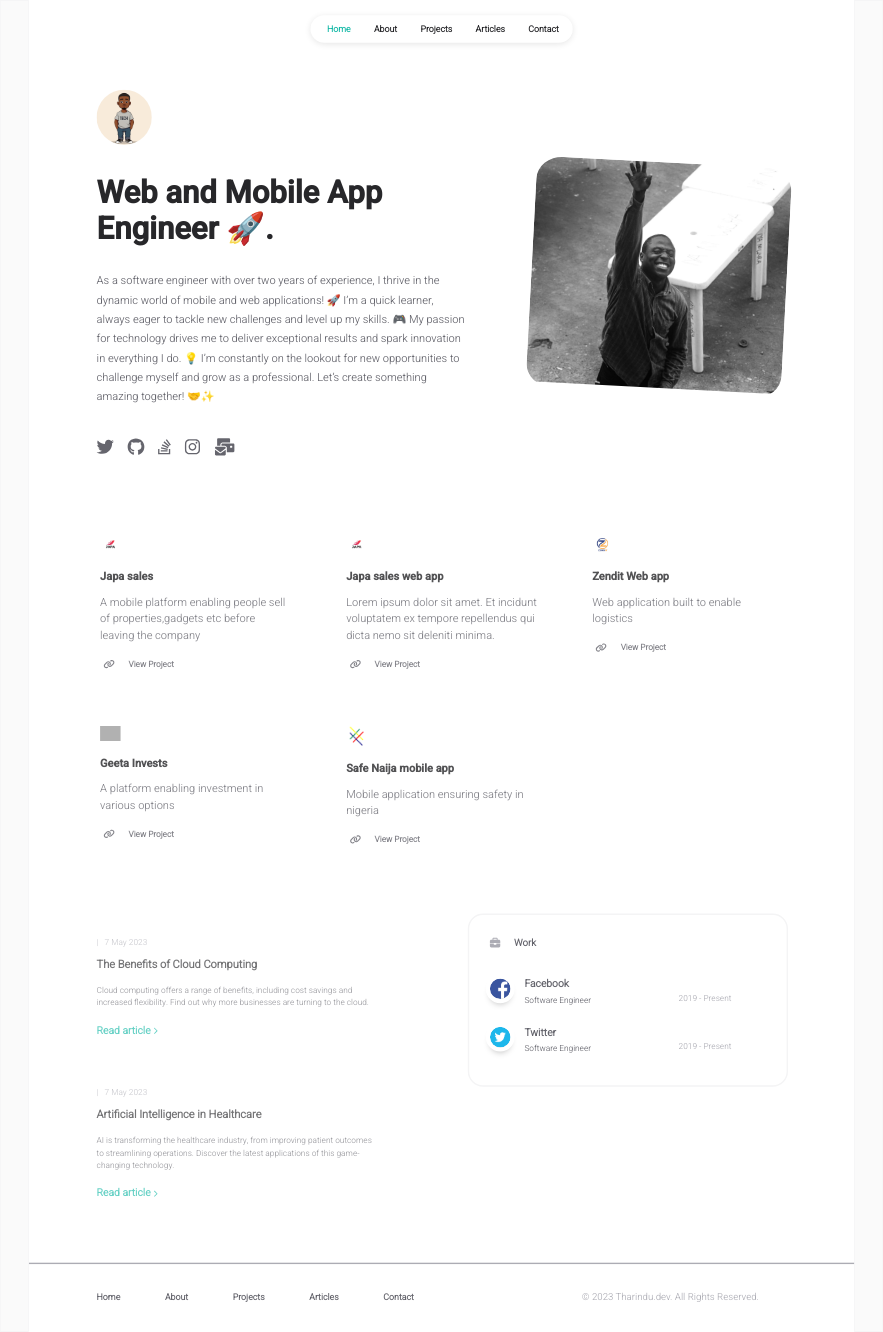
Repository: preyeopudu/preye-site
Page: /
The author's editor kept a copy of each file at every save. The page is drawn from the files as they stood at one save, then again after the next save.
The browser window is 1280 px wide. The pictures show the whole page, at 69% of full size.
Pictures or frames that could not be fetched are drawn as grey boxes. The project was rebuilt for these pictures with package versions that can differ from the ones it lists, and the page was loaded fresh each time. Also part of the build but not shown: src/components/about/socials.jsx, src/pages/styles/about.css, src/pages/about.jsx, src/pages/styles/projects.css, src/pages/projects.jsx, src/components/articles/article.jsx, src/pages/styles/articles.css, src/pages/articles.jsx and 5 more.

Above is the page before, as saved 2024-12-18 20:02:57.

### src/pages/homepage.jsx
import React, { useState, useEffect } from "react";
import { Helmet } from "react-helmet";

import { faMailBulk } from "@fortawesome/free-solid-svg-icons";
import { FontAwesomeIcon } from "@fortawesome/react-fontawesome";
import {
	faTwitter,
	faGithub,
	faStackOverflow,
	faInstagram,
} from "@fortawesome/free-brands-svg-icons";

import Logo from "../components/common/logo";
import Footer from "../components/common/footer";
import NavBar from "../components/common/navBar";
import Article from "../components/homepage/article";
import Works from "../components/homepage/works";
import AllProjects from "../components/projects/allProjects";

import INFO from "../data/user";
import SEO from "../data/seo";
import myArticles from "../data/articles";

import "./styles/homepage.css";

const Homepage = () => {
	const [stayLogo, setStayLogo] = useState(false);
	const [logoSize, setLogoSize] = useState(80);
	const [oldLogoSize, setOldLogoSize] = useState(80);

	useEffect(() => {
		window.scrollTo(0, 0);
	}, []);

	useEffect(() => {
		const handleScroll = () => {
			let scroll = Math.round(window.pageYOffset, 2);

			let newLogoSize = 80 - (scroll * 4) / 10;

			if (newLogoSize < oldLogoSize) {
				if (newLogoSize > 40) {
					setLogoSize(newLogoSize);
					setOldLogoSize(newLogoSize);
					setStayLogo(false);
				} else {
					setStayLogo(true);
				}
			} else {
				setLogoSize(newLogoSize);
				setStayLogo(false);
			}
		};

		window.addEventListener("scroll", handleScroll);
		return () => window.removeEventListener("scroll", handleScroll);
	}, [logoSize, oldLogoSize]);

	const currentSEO = SEO.find((item) => item.page === "home");

	const logoStyle = {
		display: "flex",
		position: stayLogo ? "fixed" : "relative",
		top: stayLogo ? "3vh" : "auto",
		zIndex: 999,
		border: stayLogo ? "1px solid white" : "none",
		borderRadius: stayLogo ? "50%" : "none",
		boxShadow: stayLogo ? "0px 4px 10px rgba(0, 0, 0, 0.25)" : "none",
	};

	return (
		<React.Fragment>
			<Helmet>
				<title>{INFO.main.title}</title>
				<meta name="description" content={currentSEO.description} />
				<meta
					name="keywords"
					content={currentSEO.keywords.join(", ")}
				/>
			</Helmet>

			<div className="page-content">
				<NavBar active="home" />
				<div className="content-wrapper">
					<div className="homepage-logo-container">
						<div style={logoStyle}>
							<Logo width={logoSize} link={false} />
						</div>
					</div>

					<div className="homepage-container">
						<div className="homepage-first-area">
							<div className="homepage-first-area-left-side">
								<div className="title homepage-title">
									{INFO.homepage.title}
								</div>

								<div className="subtitle homepage-subtitle">
									{INFO.homepage.description}
								</div>
							</div>

							<div className="homepage-first-area-right-side">
								<div className="homepage-image-container">
									<div className="homepage-image-wrapper">
										<img
											src="preye.jpeg"
											alt="about"
											className="homepage-image"
										/>
									</div>
								</div>
							</div>
						</div>

						<div className="homepage-socials">
							<a
								href={INFO.socials.twitter}
								target="_blank"
								rel="noreferrer"
							>
								<FontAwesomeIcon
									icon={faTwitter}
									className="homepage-social-icon"
								/>
							</a>
							<a
								href={INFO.socials.github}
								target="_blank"
								rel="noreferrer"
							>
								<FontAwesomeIcon
									icon={faGithub}
									className="homepage-social-icon"
								/>
							</a>
							<a
								href={INFO.socials.stackoverflow}
								target="_blank"
								rel="noreferrer"
							>
								<FontAwesomeIcon
									icon={faStackOverflow}
									className="homepage-social-icon"
								/>
							</a>
							<a
								href={INFO.socials.instagram}
								target="_blank"
								rel="noreferrer"
							>
								<FontAwesomeIcon
									icon={faInstagram}
									className="homepage-social-icon"
								/>
							</a>
							<a
								href={`mailto:${INFO.main.email}`}
								target="_blank"
								rel="noreferrer"
							>
								<FontAwesomeIcon
									icon={faMailBulk}
									className="homepage-social-icon"
								/>
							</a>
						</div>

						<div className="homepage-projects">
							<AllProjects />
						</div>

						<div className="homepage-after-title">
							<div className="homepage-articles">
								{myArticles.map((article, index) => (
									<div
										className="homepage-article"
										key={(index + 1).toString()}
									>
										<Article
											key={(index + 1).toString()}
											date={article().date}
											title={article().title}
											description={article().description}
											link={"/article/" + (index + 1)}
										/>
									</div>
								))}
							</div>

							<div className="homepage-works">
								<Works />
							</div>
						</div>

						<div className="page-footer">
							<Footer />
						</div>
					</div>
				</div>
			</div>
		</React.Fragment>
	);
};

export default Homepage;

### src/components/common/footer.jsx
import React from "react";
import { Link } from "react-router-dom";

import "./styles/footer.css";

const Footer = () => {
	return (
		<React.Fragment>
			<div className="footer">
				<div className="footer-links">
					<ul className="footer-nav-link-list">
						<li className="footer-nav-link-item">
							<Link to="/">Home</Link>
						</li>
						<li className="footer-nav-link-item">
							<Link to="/about">About</Link>
						</li>
						<li className="footer-nav-link-item">
							<Link to="/projects">Projects</Link>
						</li>
						<li className="footer-nav-link-item">
							<Link to="/articles">Articles</Link>
						</li>
						<li className="footer-nav-link-item">
							<Link to="/contact">Contact</Link>
						</li>
					</ul>
				</div>

				<div className="footer-credits">
					<div className="footer-credits-text">
						© 2023 Tharindu.dev. All Rights Reserved.
					</div>
				</div>
			</div>
		</React.Fragment>
	);
};

export default Footer;

### src/components/common/navBar.jsx
import React from "react";
import { Link } from "react-router-dom";

import "./styles/navBar.css";

const NavBar = (props) => {
	const { active } = props;

	return (
		<React.Fragment>
			<div className="nav-container">
				<nav className="navbar">
					<div className="nav-background">
						<ul className="nav-list">
							<li
								className={
									active === "home"
										? "nav-item active"
										: "nav-item"
								}
							>
								<Link to="/">Home</Link>
							</li>
							<li
								className={
									active === "about"
										? "nav-item active"
										: "nav-item"
								}
							>
								<Link to="/about">About</Link>
							</li>
							<li
								className={
									active === "projects"
										? "nav-item active"
										: "nav-item"
								}
							>
								<Link to="/projects">Projects</Link>
							</li>
							<li
								className={
									active === "articles"
										? "nav-item active"
										: "nav-item"
								}
							>
								<Link to="/articles">Articles</Link>
							</li>
							<li
								className={
									active === "contact"
										? "nav-item active"
										: "nav-item"
								}
							>
								<Link to="/contact">Contact</Link>
							</li>
						</ul>
					</div>
				</nav>
			</div>
		</React.Fragment>
	);
};

export default NavBar;

### src/components/homepage/article.jsx
import React from "react";
import { Link } from "react-router-dom";

import { FontAwesomeIcon } from "@fortawesome/react-fontawesome";
import { faChevronRight } from "@fortawesome/free-solid-svg-icons";

import "./styles/article.css";

const Article = (props) => {
	const { title, description, date, link } = props;

	return (
		<React.Fragment>
			<div className="homepage-article">
				<div className="homepage-article-content">
					<div className="homepage-article-date">
						|&nbsp;&nbsp;&nbsp;{date}
					</div>
					<div className="homepage-article-title">{title}</div>
					<div className="homepage-article-description">
						{description}
					</div>
					<div className="homepage-article-link">
						<Link to={link}>
							Read article{" "}
							<FontAwesomeIcon
								style={{ fontSize: "10px" }}
								icon={faChevronRight}
							/>
						</Link>
					</div>
				</div>
			</div>
		</React.Fragment>
	);
};

export default Article;

### src/components/homepage/works.jsx
import React from "react";
import { faBriefcase } from "@fortawesome/free-solid-svg-icons";

import Card from "../common/card";

import "./styles/works.css";

const Works = () => {
	return (
		<div className="works">
			<Card
				icon={faBriefcase}
				title="Work"
				body={
					<div className="works-body">
						<div className="work">
							<img
								src="./facebook.png"
								alt="facebook"
								className="work-image"
							/>
							<div className="work-title">Facebook</div>
							<div className="work-subtitle">
								Software Engineer
							</div>
							<div className="work-duration">2019 - Present</div>
						</div>

						<div className="work">
							<img
								src="./twitter.png"
								alt="twitter"
								className="work-image"
							/>
							<div className="work-title">Twitter</div>
							<div className="work-subtitle">
								Software Engineer
							</div>
							<div className="work-duration">2019 - Present</div>
						</div>
					</div>
				}
			/>
		</div>
	);
};

export default Works;

### src/data/seo.js
const SEO = [
	{
		page: "home",
		description:
			"I am a backend developer with expertise in Node.js. I have experience in building scalable, secure and reliable web applications using various frameworks and technologies.",
		keywords: ["Tharindu", "Tharindu N", "Tharindu Nayanajith"],
	},

	{
		page: "about",
		description:
			"I am a backend developer with expertise in Node.js. I have experience in building scalable, secure and reliable web applications using various frameworks and technologies.",
		keywords: ["Tharindu", "Tharindu N", "Tharindu Nayanajith"],
	},

	{
		page: "articles",
		description:
			"Chronological collection of my long-form thoughts on programming, leadership, product design, and more.",
		keywords: ["Tharindu", "Tharindu N", "Tharindu Nayanajith"],
	},

	{
		page: "projects",
		description:
			"I've worked on a variety of projects over the years and I'm proud of the progress I've made. Many of these projects are open-source and available for others to explore and contribute to.",
		keywords: ["Tharindu", "Tharindu N", "Tharindu Nayanajith"],
	},

	{
		page: "contact",
		description:
			"If you're interested in collaborating on a project, feel free to reach out to me. I'm always open to new ideas and opportunities.",
		keywords: ["Tharindu", "Tharindu N", "Tharindu Nayanajith"],
	},
];

export default SEO;

### src/data/articles.js
import React from "react";

function article_1() {
	return {
		date: "7 May 2023",
		title: "The Benefits of Cloud Computing",
		description:
			"Cloud computing offers a range of benefits, including cost savings and increased flexibility. Find out why more businesses are turning to the cloud.",
		keywords: [
			"The Benefits of Cloud Computing",
			"Tharindu",
			"Tharindu N",
			"Tharindu Nayanajith",
		],
		style: `
				.article-content {
					display: flex;
					flex-direction: column;
					align-items: center;
				}

				.randImage {
					align-self: center;
					outline: 2px solid red;
				}
				`,
		body: (
			<React.Fragment>
				<div className="article-content">
					<div className="paragraph">Content of article 1</div>
					<img
						src="https://picsum.photos/200/300"
						alt="random"
						className="randImage"
					/>
				</div>
			</React.Fragment>
		),
	};
}

function article_2() {
	return {
		date: "7 May 2023",
		title: "Artificial Intelligence in Healthcare",
		description:
			"AI is transforming the healthcare industry, from improving patient outcomes to streamlining operations. Discover the latest applications of this game-changing technology.",
		style: ``,
		keywords: [
			"Artificial Intelligence in Healthcare",
			"Tharindu",
			"Tharindu N",
			"Tharindu Nayanajith",
		],
		body: (
			<React.Fragment>
				<h1>Content of article 2</h1>
			</React.Fragment>
		),
	};
}

const myArticles = [article_1, article_2];

export default myArticles;

### src/pages/styles/homepage.css
@import "../../data/styles.css";

.homepage-logo-container {
	display: flex;
	justify-content: left;
	align-items: center;
	padding-top: 130px;
}

.homepage-container {
	padding-top: 25px;
}

.homepage-first-area {
	display: flex;
	justify-content: space-between;
	align-items: center;
}

.homepage-first-area-left-side {
	display: flex;
	flex-direction: column;
	align-items: flex-start;
}

.homepage-title {
	width: 85% !important;
}

.homepage-subtitle {
	width: 85% !important;
}

.homepage-first-area-right-side {
	display: flex;
	align-items: center;
}

.homepage-image-container {
	width: 370px;
	height: 370px;
}

.homepage-image-wrapper {
	overflow: hidden;
	border-radius: 10%;
	transform: rotate(3deg);
}

.homepage-image-wrapper img {
	width: 100%;
}

.homepage-socials {
	display: flex;
	justify-content: left;
	align-items: center;
	padding-top: 30px;
}

.homepage-social-icon {
	padding-right: 20px;
	font-size: 25px;
	transition: color 0.2s ease-in-out;
	color: var(--secondary-color);
}

.homepage-social-icon:hover {
	color: var(--primary-color);
}

.homepage-after-title {
	display: flex;
}

.homepage-projects {
	flex-basis: 300px;
	padding-top: 40px;
}

.homepage-articles {
	flex-basis: 900px;
	padding-top: 30px;
	margin-left: -30px;
}

.homepage-article {
	padding-bottom: 5px;
}

.homepage-works {
	flex-basis: 600px;
	padding-top: 30px;
}

@media (max-width: 1024px) {
	.homepage-first-area {
		flex-direction: column;
	}

	.homepage-first-area-left-side {
		display: flex;
		flex-direction: column; /* Changed: set direction to column */
		align-items: flex-start;
		width: 100%;
		order: 2;
	}

	.homepage-title {
		width: 100% !important;
		margin-top: 20px;
		order: 2;
	}

	.homepage-subtitle {
		width: 100% !important;
		margin-top: 10px;
		order: 3;
	}

	.homepage-first-area-right-side {
		width: 100%;
		order: 1;
	}

	.homepage-image-container {
		padding-top: 50px;
		padding-bottom: 50px;
		margin-left: 10px;
		order: 1;
	}

	.homepage-after-title {
		flex-direction: column;
	}

	.homepage-projects {
		flex-basis: auto;
	}

	.homepage-articles {
		flex-basis: auto;
	}

	.homepage-works {
		flex-basis: auto;
		margin-left: -25px;
		margin-right: -25px;
	}
}

### src/pages/styles/readArticle.css
@import "../../data/styles.css";

.read-article-logo-container {
	display: flex;
	justify-content: left;
	padding-top: 25px;
}

.read-article-logo {
	display: flex;
	position: fixed;
	border: 1px solid white;
	border-radius: 50%;
	box-shadow: 0px 4px 10px rgba(0, 0, 0, 0.25);
	top: 4vh;
}

.read-article-container {
	display: flex;
	height: 100%;
	margin: 0;
	padding-top: 120px;
}

.read-article-back {
	padding-top: 68px;
	padding-right: 50px;
	width: 40px;
	height: 40px;
}

.read-article-back-button {
	width: 50px;
	border-radius: 50%;
	box-shadow: 0px 4px 10px rgba(0, 0, 0, 0.25);
}

.read-article-wrapper {
	width: 80%;
	padding-top: 30px;
}

.read-article-date-container {
	border-left: 2px solid var(--quaternary-color);
	color: var(--tertiary-color);
	font-size: 16 px;
	align-items: center;
	height: 22px;
}

.read-article-date {
	font-family: var(--primary-font);
	padding-left: 15px;
}

.read-article-title {
	padding-top: 50px;
	padding-bottom: 50px;
	width: 100% !important;
}

.read-article-body {
	padding-bottom: 50px;
	font-size: 16px;
	line-height: 30px;
	font-family: system-ui;
	color: #52525b;
}

### src/components/common/styles/footer.css
@import "../../../data/styles.css";

.footer {
	display: flex;
	padding-top: 25px;
	margin-top: 50px;
	padding-bottom: 25px;
	align-items: center;
}

.footer-links,
.footer-credits {
	flex-basis: 50%;
}

.footer-links {
	margin-left: -40px;
}

.footer-nav-link-list {
	display: flex;
	list-style: none;
	justify-content: space-between;
	align-items: center;
}

.footer-nav-link-item {
	font-weight: bold;
	font-size: 80%;
}

.footer-nav-link-list a {
	text-decoration: none;
	color: var(--secondary-color);
}

.footer-nav-link-list a:hover {
	color: var(--link-color);
}

.footer-credits-text {
	justify-content: flex-end;
	color: var(--tertiary-color);
	font-size: 14px;
	text-align: right;
}

@media (max-width: 600px) {
	.footer {
		flex-direction: column;
		height: 85px;
	}

	.footer-links {
		display: flex;
		width: 100%;
		justify-content: center;
	}

	.footer-nav-link-list {
		width: 100%;
	}
}

### src/components/common/styles/navBar.css
@import "../../../data/styles.css";

.nav-container {
	margin: 0;
	display: flex;
	justify-content: center;
	align-items: center;
}

.navbar {
	display: flex;
	justify-content: center;
	align-items: center;
	position: fixed;
	top: 3vh;
	z-index: 999;
}

.nav-background {
	width: 380px;
	height: 40px;
	padding-left: 0%;
	padding-right: 0%;
	background: #fff;
	box-shadow: 0px 2px 10px rgba(0, 0, 0, 0.1);
	border-radius: 40px;
}

.nav-list {
	display: flex;
	justify-content: space-between;
	list-style: none;
	align-items: center;
	margin-left: -16px;
	margin-right: 20px;
	margin-top: 11px;
}

.nav-item {
	font-weight: bold;
	font-size: 80%;
}

.nav-item.active a {
	color: var(--link-color) !important;
}

.nav-item a {
	text-decoration: none;
	color: var(--primary-color);
}

.nav-item a:hover {
	color: var(--link-color);
	transition: color 0.3s ease-in-out;
}

@media (max-width: 600px) {
	.navbar {
		margin-left: 25%;
		margin-right: 25%;
		width: 80%;
		font-size: 80%;
	}

	.nav-background {
		width: 80%;
		height: 40px;
	}

	.nav-item {
		font-weight: bold;
	}
}

### src/components/homepage/styles/article.css
@import "../../../data/styles.css";

.homepage-article {
	width: 90%;
	mix-blend-mode: normal;
	border-radius: 20px;
	opacity: 0.8;
}

.homepage-article:hover {
	background: #fafafa;
	opacity: 1;
	transition: background-color 0.3s ease-in-out;
}

.homepage-article-content {
	padding: 30px;
}

.homepage-article-date {
	opacity: 1;
	color: var(--tertiary-color);
	font-size: 12px;
	margin-bottom: 1em;
}

.homepage-article-title {
	opacity: 1;
	color: var(--primary-color);
	font-size: 16px;
	margin-bottom: 1em;
	font-weight: 700;
}

.homepage-article-description {
	opacity: 1;
	color: var(--secondary-color);
	font-size: 12px;
	line-height: 1.5;
}

.homepage-article-link {
	opacity: 1;
	padding-top: 20px;
	font-size: 15px;
	font-weight: 700;
}

.homepage-article-link a {
	color: var(--link-color);
	text-decoration: none;
}

@media (max-width: 600px) {
	.homepage-article {
		width: 100%;
	}
}

### src/components/projects/project.jsx
import React from "react";
import { Link } from "react-router-dom";
import { FontAwesomeIcon } from "@fortawesome/react-fontawesome";
import { faLink } from "@fortawesome/free-solid-svg-icons";

import "./styles/project.css";

const Project = (props) => {
	const { logo, title, description, linkText, link } = props;

	return (
		<React.Fragment>
			<div className="project">
				<Link to={link}>
					<div className="project-container">
						<div className="project-logo">
							<img src={logo} alt="logo" />
						</div>
						<div className="project-title">{title}</div>
						<div className="project-description">{description}</div>
						<div className="project-link">
							<div className="project-link-icon">
								<FontAwesomeIcon icon={faLink} />
							</div>

							<div className="project-link-text">{linkText}</div>
						</div>
					</div>
				</Link>
			</div>
		</React.Fragment>
	);
};

export default Project;

### src/components/articles/style/article.css
@import "../../../data/styles.css";

.article {
	display: flex;
}

.article a {
	text-decoration: none;
}

.article-left-side {
	min-width: 20%;
	max-width: 20%;
}

.article-right-side {
	flex-basis: 80%;
	min-width: 700px;
	mix-blend-mode: normal;
	border-radius: 20px;
	opacity: 0.8;
	padding: 30px;
}

.article-right-side:hover {
	background: #fafafa;
	opacity: 1;
	transition: background-color 0.3s ease-in-out;
}

.article-date {
	padding-top: 30px;
	font-size: 15px;
	color: var(--tertiary-color);
}

.article-title {
	color: #000000;
	font-size: 16px;
	font-weight: 600;
}

.article-description {
	padding-top: 10px;
	font-size: 12px;
	color: var(--secondary-color);
	font-weight: 480;
	line-height: 25px;
}

.article-link {
	padding-top: 10px;
	font-size: 14px;
	color: var(--link-color);
	font-weight: 700;
}

@media (max-width: 1024px) {
	.article-left-side {
		min-width: 10%;
		max-width: 10%;
	}

	.article-right-side {
		flex-basis: 90%;
		min-width: 85%;
		max-width: 85%;
	}
}

### src/components/projects/styles/project.css
@import "../../../data/styles.css";

.project {
	mix-blend-mode: normal;
	border-radius: 20px;
	opacity: 0.8;
	height: 100%;
}

.project a {
	text-decoration: none;
}

.project:hover {
	background: #fafafa;
	opacity: 1;
	transition: background-color 0.3s ease-in-out;
}

.project:hover .project-link {
	color: var(--link-color);
	transition: color 0.3s ease-in-out;
}

.project-container {
	padding: 30px;
}

.project-logo {
	width: 30px;
}

.project-logo img {
	width: 100%;
}

.project-title {
	font-family: var(--secondary-font);
	color: var(--primary-color);
	font-size: 16px;
	padding-top: 15px;
	margin-bottom: 1em;
	font-weight: 700;
}

.project-description {
	color: var(--secondary-color);
}

.project-link {
	display: flex;
	align-items: center;
	color: var(--secondary-color);
	font-size: 12px;
	padding-top: 20px;
}

.project-link-icon {
	padding-left: 5px;
	font-size: 13px;
}

.project-link-text {
	padding-left: 20px;
	font-weight: 700;
}

@media (max-width: 600px) {
	.project {
		height: 300px;
	}
}

Loaded but not shown: public/index.html (common file); src/index.js (common file); src/index.css (common file); src/App.js (common file); src/reportWebVitals.js (common file); src/data/styles.css (common file); src/data/tracking.js (common file); src/app.css (common file); src/components/common/logo.jsx (common file); src/components/projects/allProjects.jsx (common file); src/components/common/styles/logo.css (common file); src/components/common/card.jsx (common file); src/components/homepage/styles/works.css (common file); src/components/projects/styles/allProjects.css (common file); src/components/about/styles/socials.css (common file); src/components/common/styles/card.css (common file); src/data/user.js (80 lines, source omitted)

After the next save:
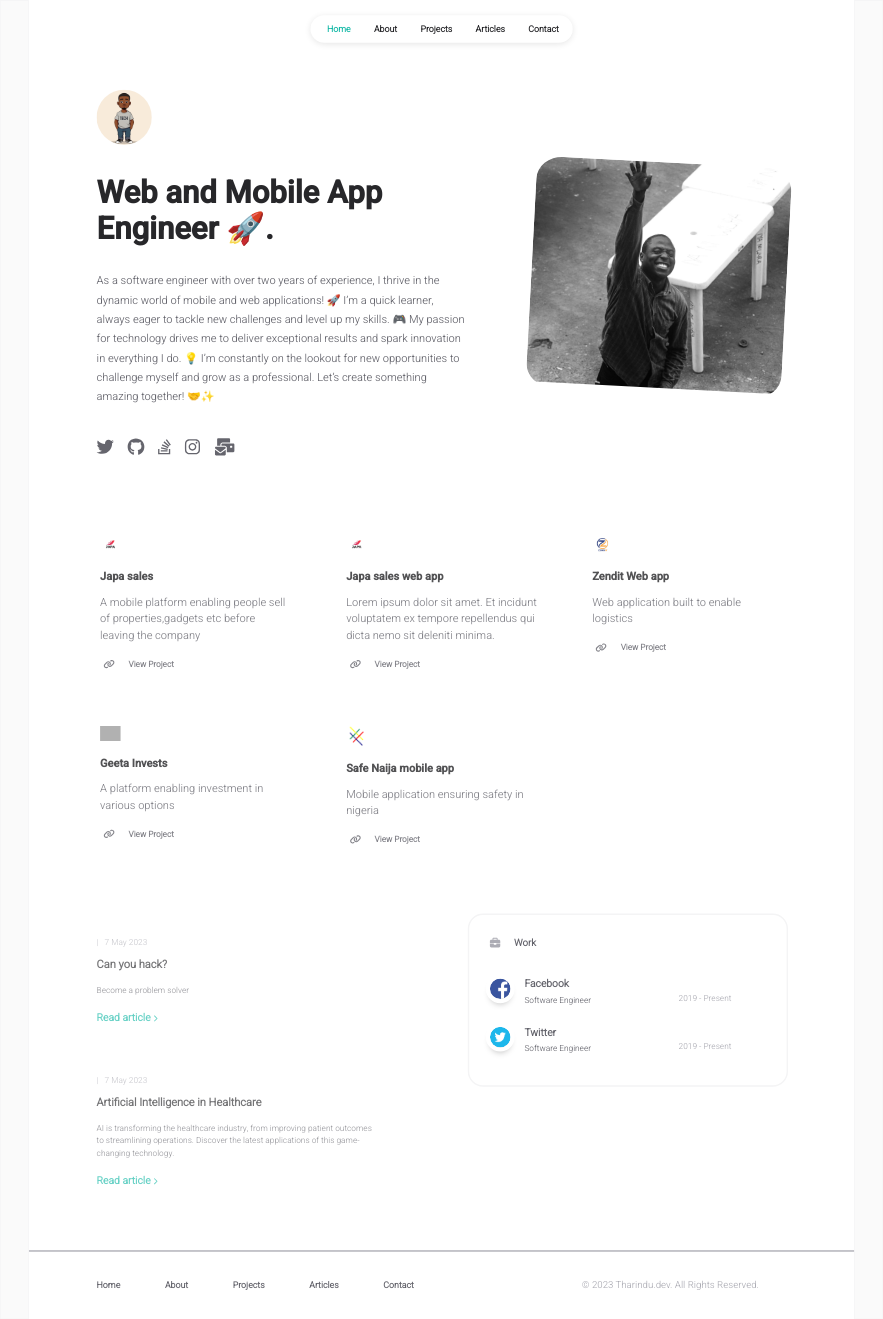
Saved 4 min 2 s later.
--- a/src/data/articles.js
+++ b/src/data/articles.js
@@ -3,15 +3,9 @@ import React from "react";
 function article_1() {
 	return {
 		date: "7 May 2023",
-		title: "The Benefits of Cloud Computing",
-		description:
-			"Cloud computing offers a range of benefits, including cost savings and increased flexibility. Find out why more businesses are turning to the cloud.",
-		keywords: [
-			"The Benefits of Cloud Computing",
-			"Tharindu",
-			"Tharindu N",
-			"Tharindu Nayanajith",
-		],
+		title: "Can you hack?",
+		description: "Become a problem solver",
+		keywords: ["Leadership", "Coding", "Opudu Tamarapreye", "Software"],
 		style: `
 				.article-content {
 					display: flex;
